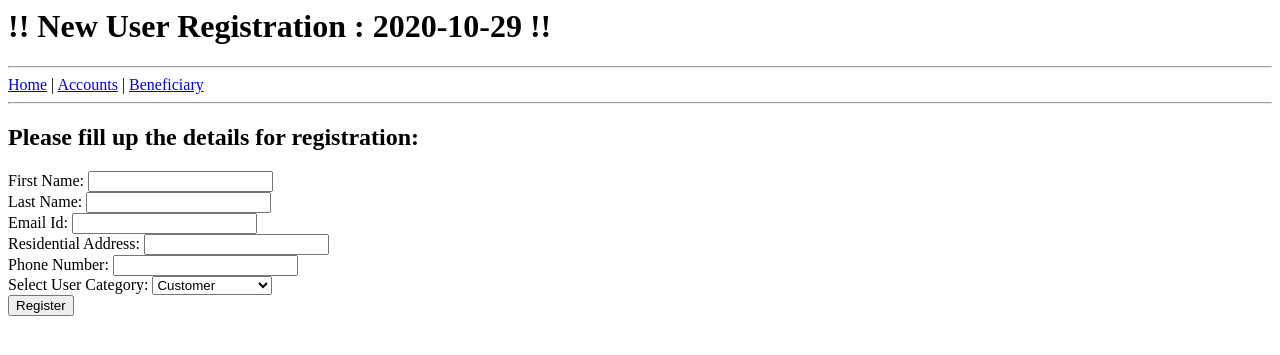
Repository: anik84/ibs
Page: http://localhost/IBS/user_open_account_form.jsp
These files come from the project's save history. The page is drawn as it stood at one moment and after the next save; the edit follows.
The browser window is 1280 px wide. The pictures show the whole page.
The page is served by Tomcat 9. Other server files are loaded and not shown.

Above is the page before, as saved 2020-10-29 08:29:04.

### IBS_JSPs/IBS/WebContent/user_open_account_form.jsp
<%@page import="java.time.LocalDate"%>
<html>
<head>
<title>new user registration</title>
</head>
<body>
	<h1>
		!! New User Registration :
		<%=LocalDate.now()%>
		!!
	</h1>
	<jsp:include page="user_home_menu.jsp" />

	<h2>Please fill up the details for registration:</h2>
	<form action="newuser" method="POST">
		<div>
			<label>First Name: </label> <input type="text" name="firstName"
				required />
		</div>
		<div>
			<label>Last Name: </label> <input type="text" name="lastName"
				required />
		</div>
		<div>
			<label>Email Id: </label> <input type="text" name="emailId" required />
		</div>
		<div>
			<label>Residential Address: </label> <input type="text"
				name="address" required />
		</div>
		<div>
			<label>Phone Number: </label> <input type="number" name="phoneNo"
				required />
		</div>
		<div>
			Select User Category: <select name="userCategory">
				<option value="category_1">Customer</option>
				<option value="category_2">Service Provider</option>

			</select>
		</div>
		<div>
			<button>Register</button>
		</div>
	</form>
</body>
</html>

### IBS_JSPs/IBS/WebContent/user_home_menu.jsp
<nav>
	<hr />
	 <a href="user_home.jsp">Home</a>
	 <span> | </span>
	 <a href="user_accounts.jsp">Accounts</a>
	 <span> | </span>
	 <a href="user_beneficiary.jsp">Beneficiary</a>
	<hr />
</nav>

After the next save:
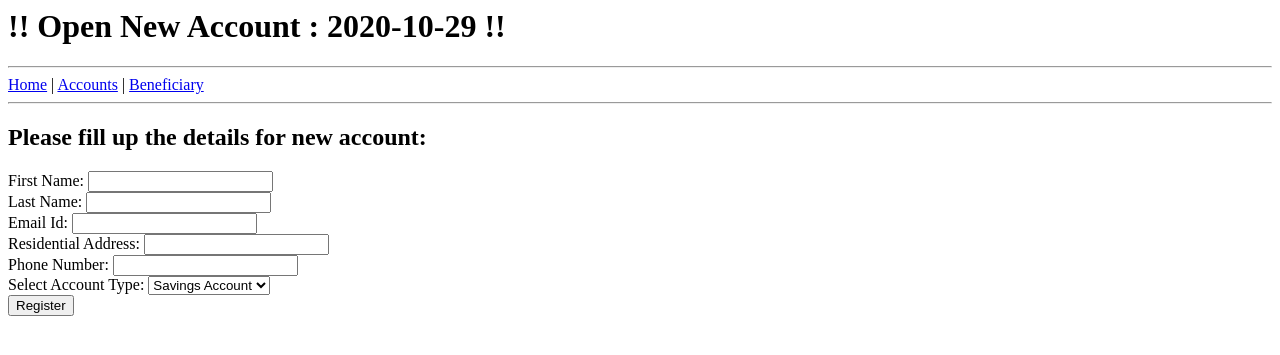
Saved 3 min 43 s later.
--- a/IBS_JSPs/IBS/WebContent/user_open_account_form.jsp
+++ b/IBS_JSPs/IBS/WebContent/user_open_account_form.jsp
@@ -1,18 +1,18 @@
 <%@page import="java.time.LocalDate"%>
 <html>
 <head>
-<title>new user registration</title>
+<title>open new account</title>
 </head>
 <body>
 	<h1>
-		!! New User Registration :
+		!! Open New Account :
 		<%=LocalDate.now()%>
 		!!
 	</h1>
 	<jsp:include page="user_home_menu.jsp" />
 
-	<h2>Please fill up the details for registration:</h2>
-	<form action="newuser" method="POST">
+	<h2>Please fill up the details for new account:</h2>
+	<form action="newaccount" method="POST">
 		<div>
 			<label>First Name: </label> <input type="text" name="firstName"
 				required />
@@ -33,10 +33,10 @@
 				required />
 		</div>
 		<div>
-			Select User Category: <select name="userCategory">
-				<option value="category_1">Customer</option>
-				<option value="category_2">Service Provider</option>
-
+			Select Account Type: <select name="userCategory">
+				<option value="acctType_1">Savings Account</option>
+				<option value="acctType_2">Current Account</option>
+				<option value="acctType_3">Service Provider</option>
 			</select>
 		</div>
 		<div>
